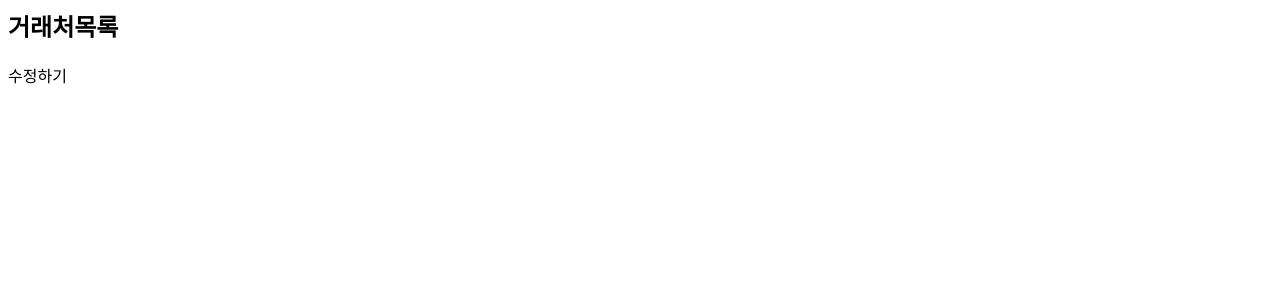
Repository: 2022-kh-final-mothlymoon/moon-back
Page: http://localhost/sellermoon/store/read.jsp
An editor plug-in stored every save of this project. The page is shown before and after the next save, followed by the edit.
The browser window is 1280 px wide. The pictures show the whole page.
The page is served by Tomcat 9.

Above is the page before, as saved 2022-10-23 15:11:45.

After the next save:
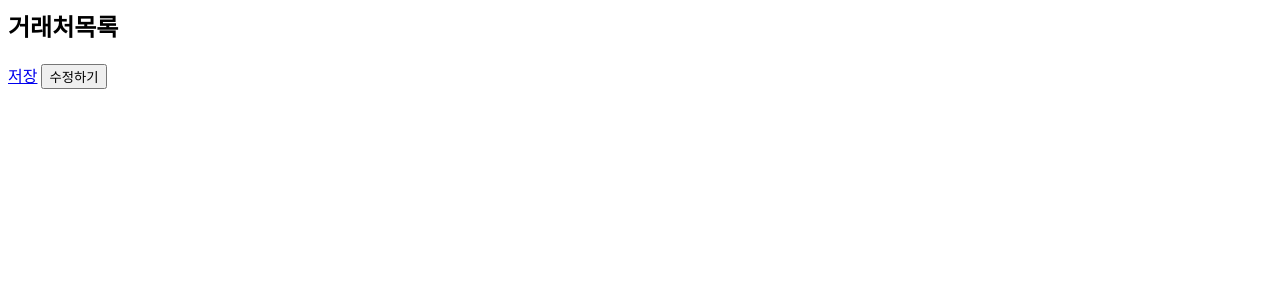
Saved 3 min 33 s later.
--- a/sellermoon/src/main/webapp/store/read.jsp
+++ b/sellermoon/src/main/webapp/store/read.jsp
@@ -43,7 +43,7 @@ if (storeList != null && storeList.size() > 0) {
 <body>
 	<h2>거래처목록</h2>
 	<c:forEach var="storeList" items="${storeList}">
-	     <form action=./storeUpdate?STORE_NO=${storeList.STORE_NO}'/>
+	     <form id="f_boardIns" name="f_boardIns" action=./storeUpdate?STORE_NO=${storeList.STORE_NO}'/>
 	<label>FIELD</label>
 	<input id="FIELD" name="FIELD" value="${storeList.FIELD}"><br/>
 	<label>STORE_YN</label>
@@ -59,8 +59,14 @@ if (storeList != null && storeList.size() > 0) {
 
      <%--    <a href="./storeUpdate?STORE_NO=${storeList.STORE_NO}" type="submit" id="edit">수정하기</a> --%>
        	</c:forEach>
-        <button type="submit" >수정하기</button>
+       	<a href="javascript:dlgIns_save()" class="easyui-linkbutton">저장</a>
+        <input type="button" id="edit" value="수정하기">
         </form>
        <!--  <input type="button" id="delete" value="삭제하기"> -->
 </body>
+<script type="text/javascript">
+function dlgIns_save(){
+    $("#f_boardIns").submit();
+ }
+        </script>
 </html>
